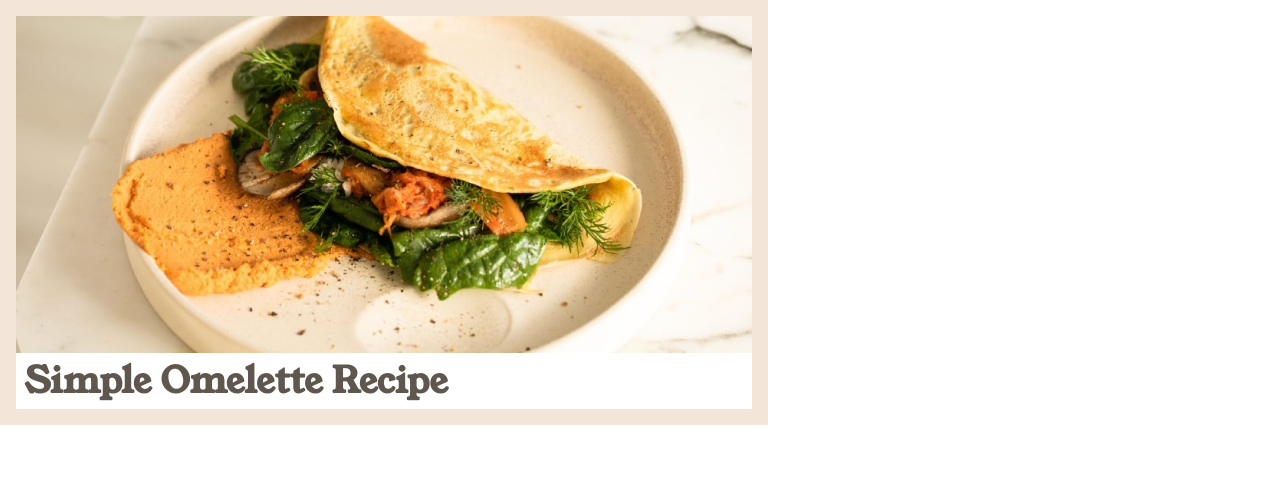
Repository: nivrii/recipe-page-main
Page: /
These files come from the project's save history. The page is drawn as it stood at one moment and after the next save; the edit follows.
The browser window is 1280 px wide. The pictures show the whole page.
The project was rebuilt for these pictures with package versions that can differ from the ones it lists, and the page was loaded fresh each time. Also part of the build but not shown: vite.config.js, src/index.css.

Above is the page before, as saved 2024-03-23 14:16:19.

After the next save:
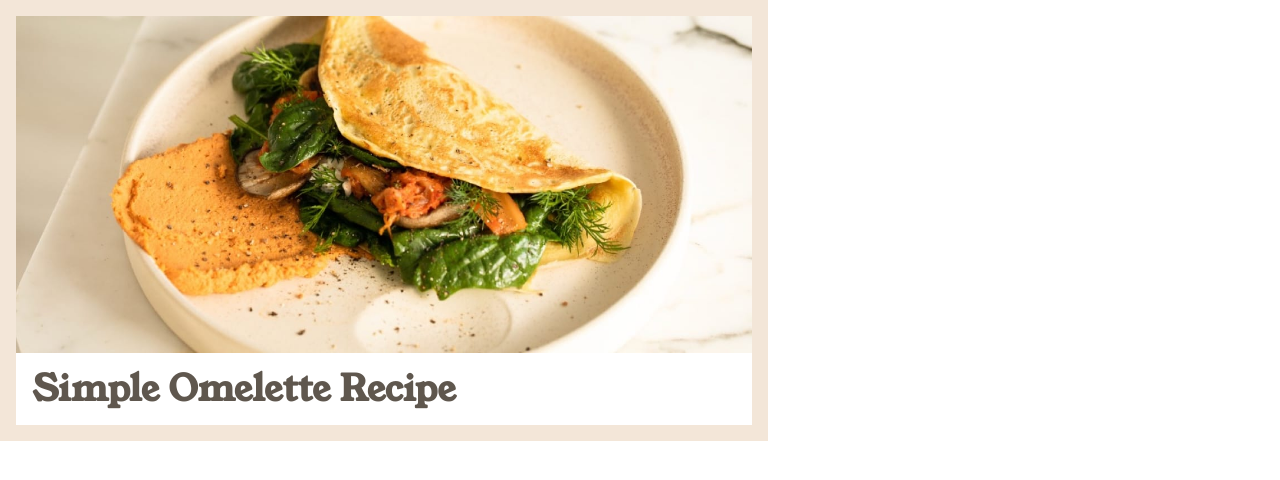
Saved 9 s later.
--- a/src/App.jsx
+++ b/src/App.jsx
@@ -7,7 +7,7 @@ function App() {
       <div>
         <img src={omelette} alt="omelette" className="w-screen md:w-auto" />
       </div>
-      <div className="bg-white p-2">
+      <div className="bg-white p-4">
         <h1 className="text-left text-wengeBrown text-4xl font-bold font-young">
           Simple Omelette Recipe
         </h1>
